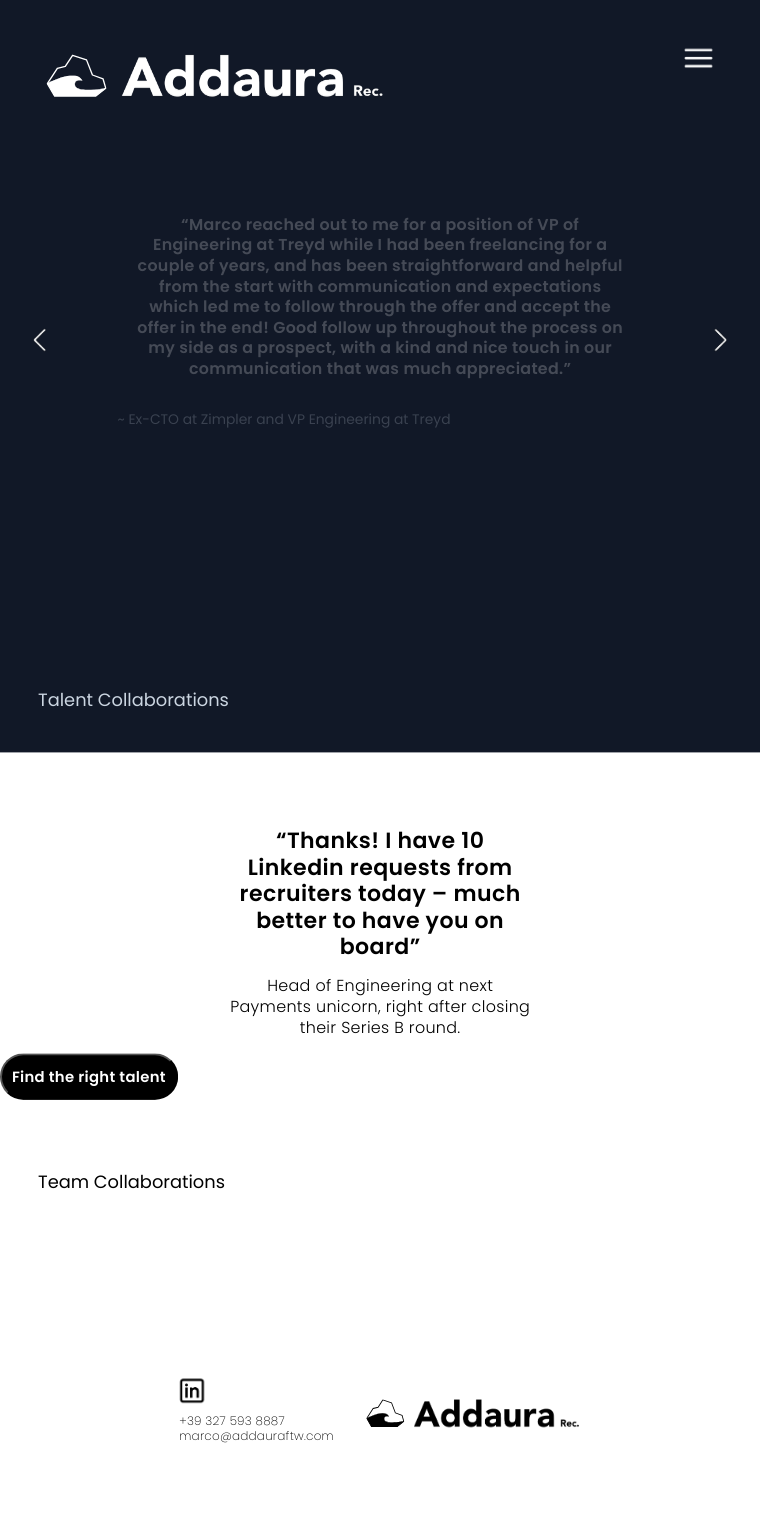
Repository: UnatPannu/Addaura-Trial
Page: public/clients.html
An editor plug-in stored every save of this project. The page is shown before and after the next save, followed by the edit.
The browser window is 768 px wide. The pictures show the whole page, at 99% of full size.

Above is the page before, as saved 2025-09-22 19:38:10.

After the next save:
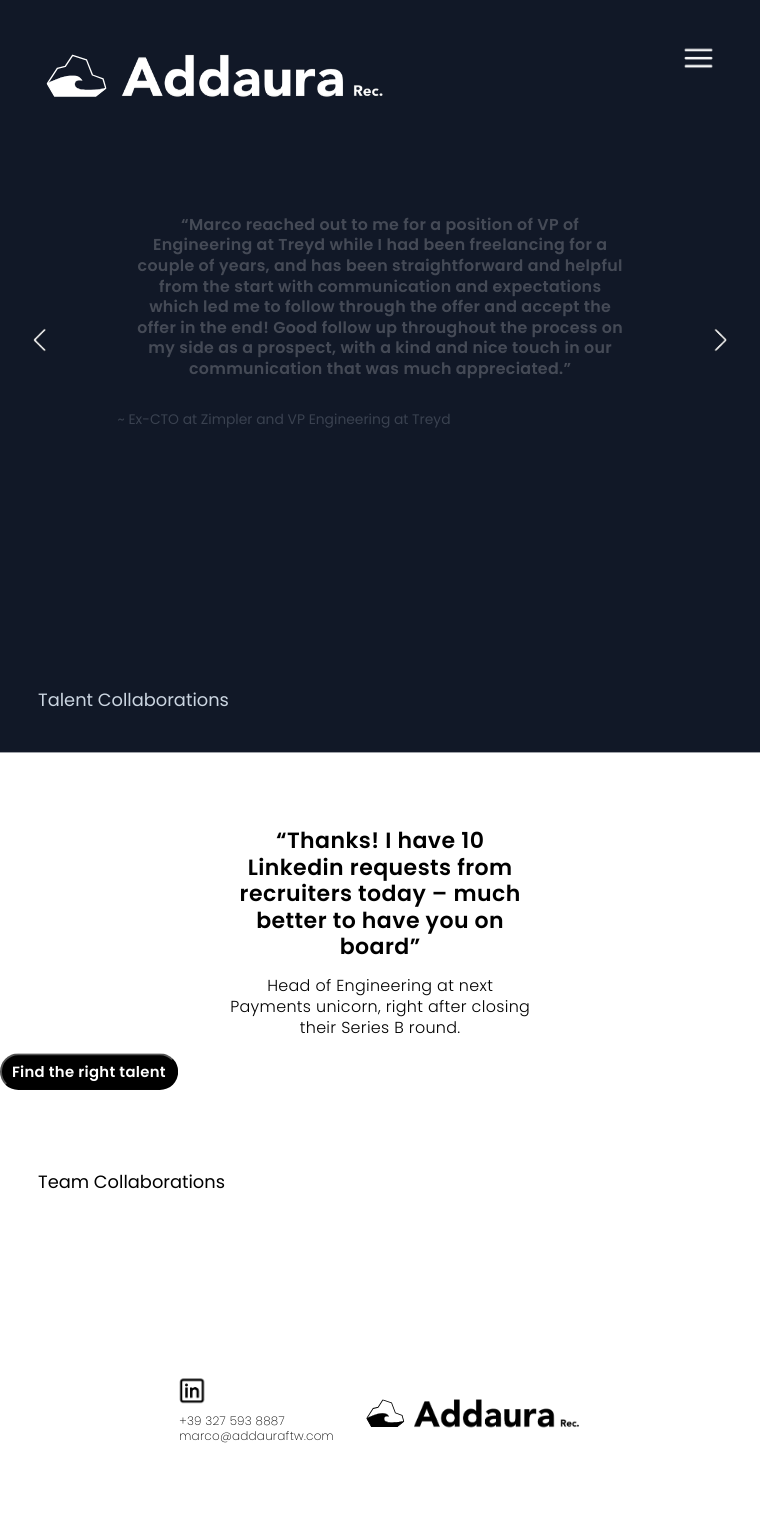
Saved 9 s later.
--- a/public/styles/clients.css
+++ b/public/styles/clients.css
@@ -163,6 +163,6 @@
     border-radius:40px;
     background-color:black;
     color:white;
-    padding:10px;
+    padding:5px 10px;
   }
 }
